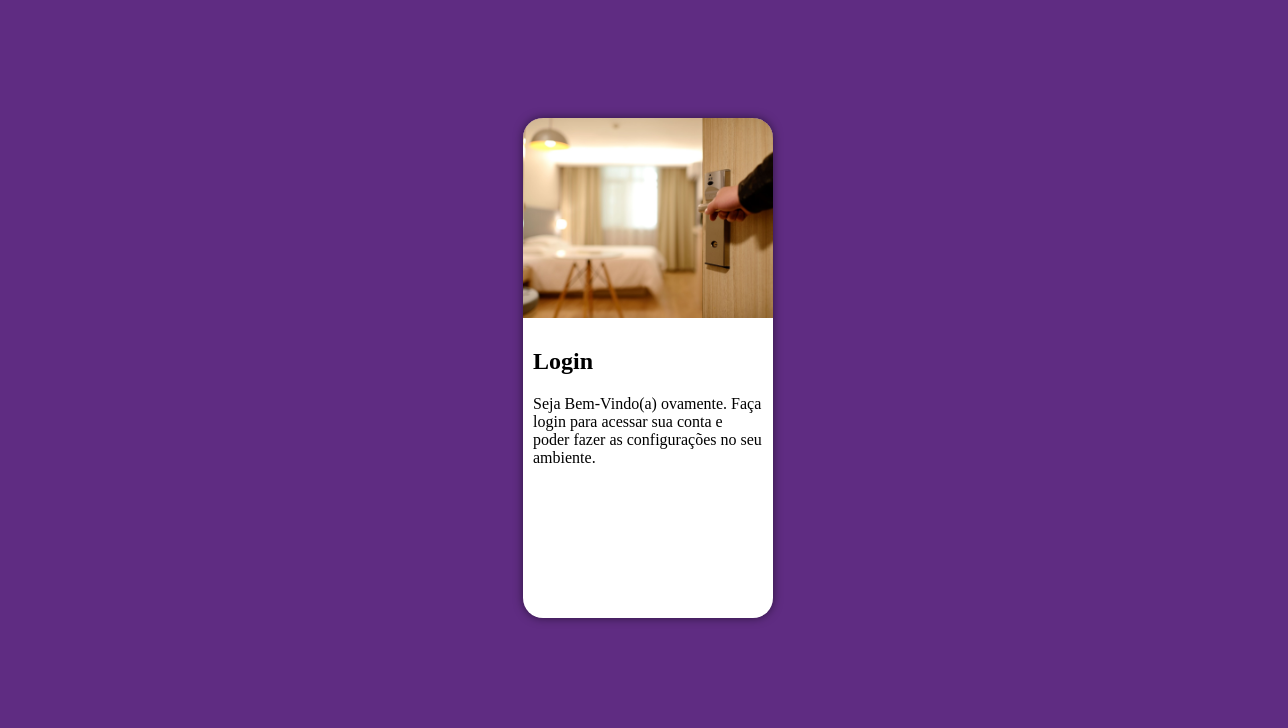
Repository: Guillermomarcon/Projeto-Login
Page: index.html
The author's editor kept a copy of each file at every save. The page is drawn from the files as they stood at one save, then again after the next save.
The browser window is 1280 px wide. The page is 1288 px wide, so the pictures cover 1288 px, including what lies to the right of the window. The pictures show the whole page.

Above is the page before, as saved 2022-09-22 18:43:14.

After the next save:
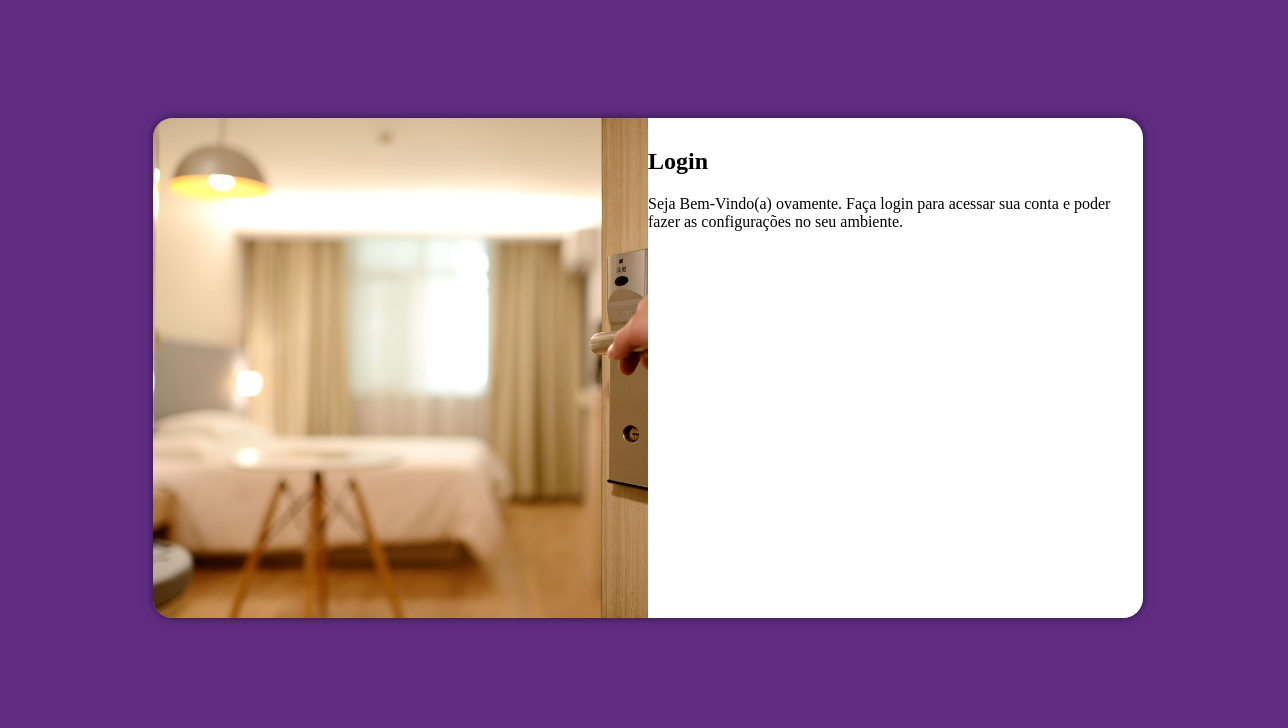
Saved 31 s later.
--- a/estilos/media-query.css
+++ b/estilos/media-query.css
@@ -27,7 +27,7 @@ Grandes - acoma de 1200px
 
 }
 
-@media  screen (min-width: 992px)  {
+@media  screen and (min-width: 992px)  {
     section#login {
         width: 990px;
     }
